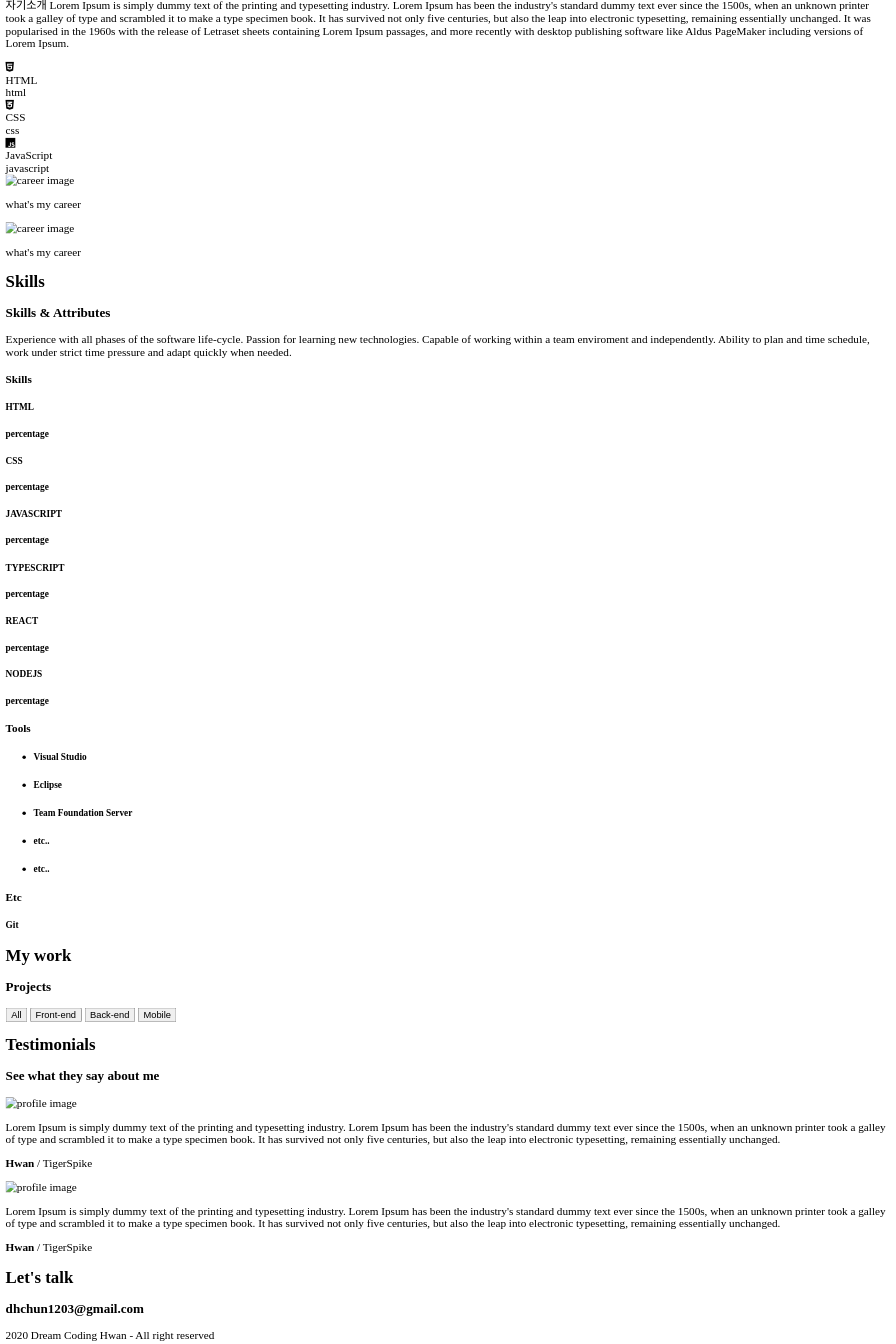
Repository: dhchun1203/Portfolio
Page: index.html
An editor plug-in stored every save of this project. The page is shown before and after the next save, followed by the edit.
The browser window is 1280 px wide. The pictures show the part of the page from y = 705 to 2625 px (the page is 2639 px tall before and 2537 px after), at 70% of full size.
A picture or video elsewhere on the page could not be fetched, so the positions and the page height are approximate. Some web libraries are served in a nearby version.

Above is the page before, as saved 2020-12-03 22:17:23.

### index.html
<!DOCTYPE html>
<html lang="en">
	<head>
		<meta charset="UTF-8" />
		<meta name="viewport" content="width=device-width, initial-scale=1.0" />
		<title>Hwan's Portfolio</title>
		<meta
			name="description"
			content="portfolio for world-renowned software engineer Hwan"
		/>
		<meta name="author" content="Hwan" />
		<link rel="icon" type="image/png" href="imgs/favicon.png" />
		<script
			src="https://kit.fontawesome.com/8b98a99811.js"
			crossorigin="anonymous"
		></script>
		<link rel="preconnect" href="https://fonts.gstatic.com" />
		<link
			href="https://fonts.googleapis.com/css2?family=Open+Sans:wght@400;600;700&display=swap"
			rel="stylesheet"
		/>
		<link rel="stylesheet" href="style.css" />
		<script src="main.js" defer></script>
	</head>
	<body>
		<!-- Navbar -->
		<nav id="navbar">
			<div class="navbar__logo">
				<i class="fab fa-diaspora"></i>
				<a href="#">Hwan</a>
			</div>
			<div class="navbar__menu">
				<ul class="navbar__menu">
					<li class="navbar__menu__item">Home</li>
					<li class="navbar__menu__item">About</li>
					<li class="navbar__menu__item">Skills</li>
					<li class="navbar__menu__item">My work</li>
					<li class="navbar__menu__item">Testimonial</li>
					<li class="navbar__menu__item">Contact</li>
				</ul>
			</div>
		</nav>
		<!-- Home -->
		<section id="home">
			<img class="home__avatar" src="imgs/profile.jpg" alt="profile" />

			<h1 class="home__title">Hello, <br />Let me introduce myself!</h1>

			<h2 class="home__description">
				A frontend Developer currently residing in Yongin, South Korea.
			</h2>
			<button class="home__contact">CONTACT ME</button>
		</section>
		<!-- About -->
		<!-- modify BEM naming -->
		<section id="about">
			<h1>About me</h1>
			<p>
				자기소개 Lorem Ipsum is simply dummy text of the printing and
				typesetting industry. Lorem Ipsum has been the industry's standard dummy
				text ever since the 1500s, when an unknown printer took a galley of type
				and scrambled it to make a type specimen book. It has survived not only
				five centuries, but also the leap into electronic typesetting, remaining
				essentially unchanged. It was popularised in the 1960s with the release
				of Letraset sheets containing Lorem Ipsum passages, and more recently
				with desktop publishing software like Aldus PageMaker including versions
				of Lorem Ipsum.
			</p>
			<div class="about__majors">
				<div class="major">
					<div class="major__icon"><i class="fab fa-html5"></i></div>
					<div class="major__title">HTML</div>
					<div class="major__description">html</div>
				</div>
				<div class="major">
					<div class="major__icon"><i class="fab fa-css3-alt"></i></div>
					<div class="major__title">CSS</div>
					<div class="major__description">css</div>
				</div>
				<div class="major">
					<div class="major__icon"><i class="fab fa-js"></i></div>
					<div class="major__title">JavaScript</div>
					<div class="major__description">javascript</div>
				</div>
			</div>
			<!-- <div class="about__spec">
				<div class="about__spec__item">
					<img src="" alt="HtmlImage" />
					<h3>HTML</h3>
					<p>html</p>
				</div>
				<div class="about__spec__item">
					<img src="" alt="CssImage" />
					<h3>CSS</h3>
					<p>css</p>
				</div>
				<div class="about__spec__item">
					<img src="" alt="JavaScriptImage" />
					<h3>JavaScript</h3>
					<p>javascript</p>
				</div>
			</div> -->
			<div class="career">
				<div class="career__item">
					<img class="career__image" src="" alt="career image" />
					<p>what's my career</p>
				</div>
				<div class="career__item">
					<img class="career__image" src="" alt="career image" />
					<p>what's my career</p>
				</div>
			</div>
		</section>
		<!-- Skills -->
		<section id="skills">
			<h2 class="skills__title">Skills</h2>
			<h3 class="skills__subTitle">Skills & Attributes</h3>
			<p class="skills__description">
				Experience with all phases of the software life-cycle. Passion for
				learning new technologies. Capable of working within a team enviroment
				and independently. Ability to plan and time schedule, work under strict
				time pressure and adapt quickly when needed.
			</p>
			<div class="skills__summary">
				<div class="skills__summary__box">
					<h4 class="skills__summary__title">Skills</h4>
					<div class="skills__summary__content">
						<div class="skills__summary__skill">
							<div class="skill__header">
								<h5>HTML</h5>
								<h5>percentage</h5>
							</div>
							<div class="skill__percentageBar"></div>
						</div>
						<div class="skills__summary__skill">
							<div class="skill__header">
								<h5>CSS</h5>
								<h5>percentage</h5>
							</div>
							<div class="skill__percentageBar"></div>
						</div>
						<div class="skills__summary__skill">
							<div class="skill__header">
								<h5>JAVASCRIPT</h5>
								<h5>percentage</h5>
							</div>
							<div class="skill__percentageBar"></div>
						</div>
						<div class="skills__summary__skill">
							<div class="skill__header">
								<h5>TYPESCRIPT</h5>
								<h5>percentage</h5>
							</div>
							<div class="skill__percentageBar"></div>
						</div>
						<div class="skills__summary__skill">
							<div class="skill__header">
								<h5>REACT</h5>
								<h5>percentage</h5>
							</div>
							<div class="skill__percentageBar"></div>
						</div>
						<div class="skills__summary__skill">
							<div class="skill__header">
								<h5>NODEJS</h5>
								<h5>percentage</h5>
							</div>
							<div class="skill__percentageBar"></div>
						</div>
					</div>
				</div>
				<div class="skills__summary__secondBox">
					<div class="skills__summary__box">
						<h4 class="skills__summary__title">Tools</h4>
						<ul class="skills__summary__content">
							<li><h5>Visual Studio</h5></li>
							<li><h5>Eclipse</h5></li>
							<li><h5>Team Foundation Server</h5></li>
							<li><h5>etc..</h5></li>
							<li><h5>etc..</h5></li>
						</ul>
					</div>
					<div class="skills__summary__box">
						<h4 class="skills__summary__title">Etc</h4>
						<h5>Git</h5>
					</div>
				</div>
			</div>
		</section>
		<!-- My work -->
		<section id="myWork">
			<h2 class="myWork__title">My work</h2>
			<h3 class="myWork__subTitle">Projects</h3>
			<div class="myWork__menu">
				<button class="myWork__menu__btn">All</button>
				<button class="myWork__menu__btn">Front-end</button>
				<button class="myWork__menu__btn">Back-end</button>
				<button class="myWork__menu__btn">Mobile</button>
			</div>
			<div class="myWork__displayItems"></div>
		</section>
		<!-- Testimonial -->
		<section id="testimonial">
			<h2 class="testimonial__title">Testimonials</h2>
			<h3 class="testimonial__subTitle">See what they say about me</h3>
			<div class="testimonial__content">
				<div class="testimonial__content__item">
					<img src="" alt="profile image" class="testimonial__avatar" />
					<div class="testimonial__mention">
						<p>
							Lorem Ipsum is simply dummy text of the printing and typesetting
							industry. Lorem Ipsum has been the industry's standard dummy text
							ever since the 1500s, when an unknown printer took a galley of
							type and scrambled it to make a type specimen book. It has
							survived not only five centuries, but also the leap into
							electronic typesetting, remaining essentially unchanged.
						</p>
						<p><strong>Hwan</strong> / TigerSpike</p>
					</div>
				</div>
				<div class="testimonial__content__item">
					<img src="" alt="profile image" class="testimonial__avatar" />
					<div class="testimonial__mention">
						<p>
							Lorem Ipsum is simply dummy text of the printing and typesetting
							industry. Lorem Ipsum has been the industry's standard dummy text
							ever since the 1500s, when an unknown printer took a galley of
							type and scrambled it to make a type specimen book. It has
							survived not only five centuries, but also the leap into
							electronic typesetting, remaining essentially unchanged.
						</p>
						<p><strong>Hwan</strong> / TigerSpike</p>
					</div>
				</div>
			</div>
		</section>
		<!-- Contact -->
		<footer id="contact">
			<h2 class="contact__title">Let's talk</h2>
			<h3 class="contact__email">dhchun1203@gmail.com</h3>
			<div class="contact__socialMediaIcon">
				<i class=""></i>
				<i class=""></i>
			</div>
			<p class="contact__copyRight">
				2020 Dream Coding Hwan - All right reserved
			</p>
		</footer>
	</body>
</html>

### style.css
/* font-family: 'Open Sans', sans-serif; */

Loaded but not shown: main.js (no copy from this time; the picture is the same without it)

After the next save:
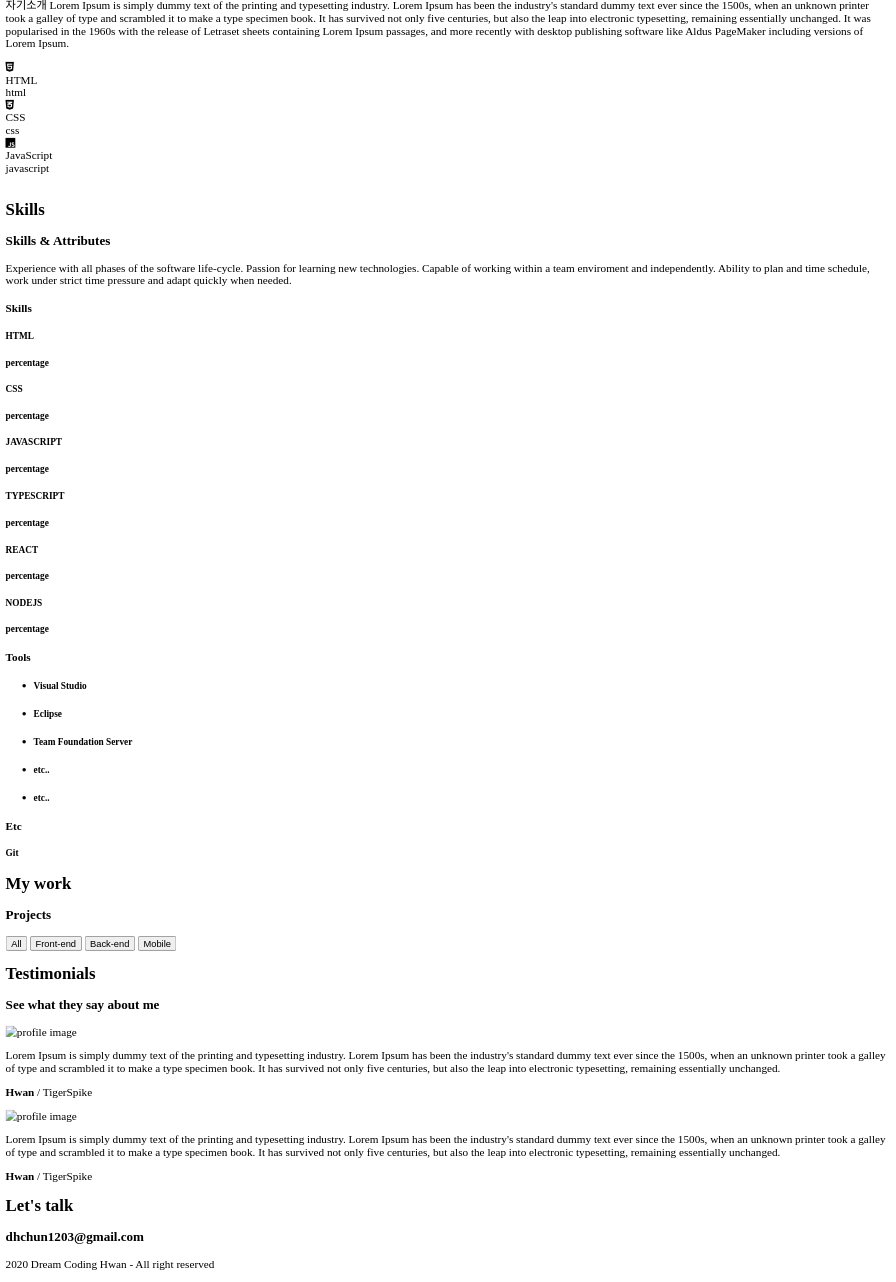
Saved 5 min 56 s later.
--- a/index.html
+++ b/index.html
@@ -100,7 +100,14 @@
 					<p>javascript</p>
 				</div>
 			</div> -->
-			<div class="career">
+			<div class="about__jobs">
+				<div class="job">
+					<img src="" alt="" class="job__logo" />
+					<p class="job__name"></p>
+				</div>
+				<div class="job"></div>
+			</div>
+			<!-- <div class="career">
 				<div class="career__item">
 					<img class="career__image" src="" alt="career image" />
 					<p>what's my career</p>
@@ -109,7 +116,7 @@
 					<img class="career__image" src="" alt="career image" />
 					<p>what's my career</p>
 				</div>
-			</div>
+			</div> -->
 		</section>
 		<!-- Skills -->
 		<section id="skills">
